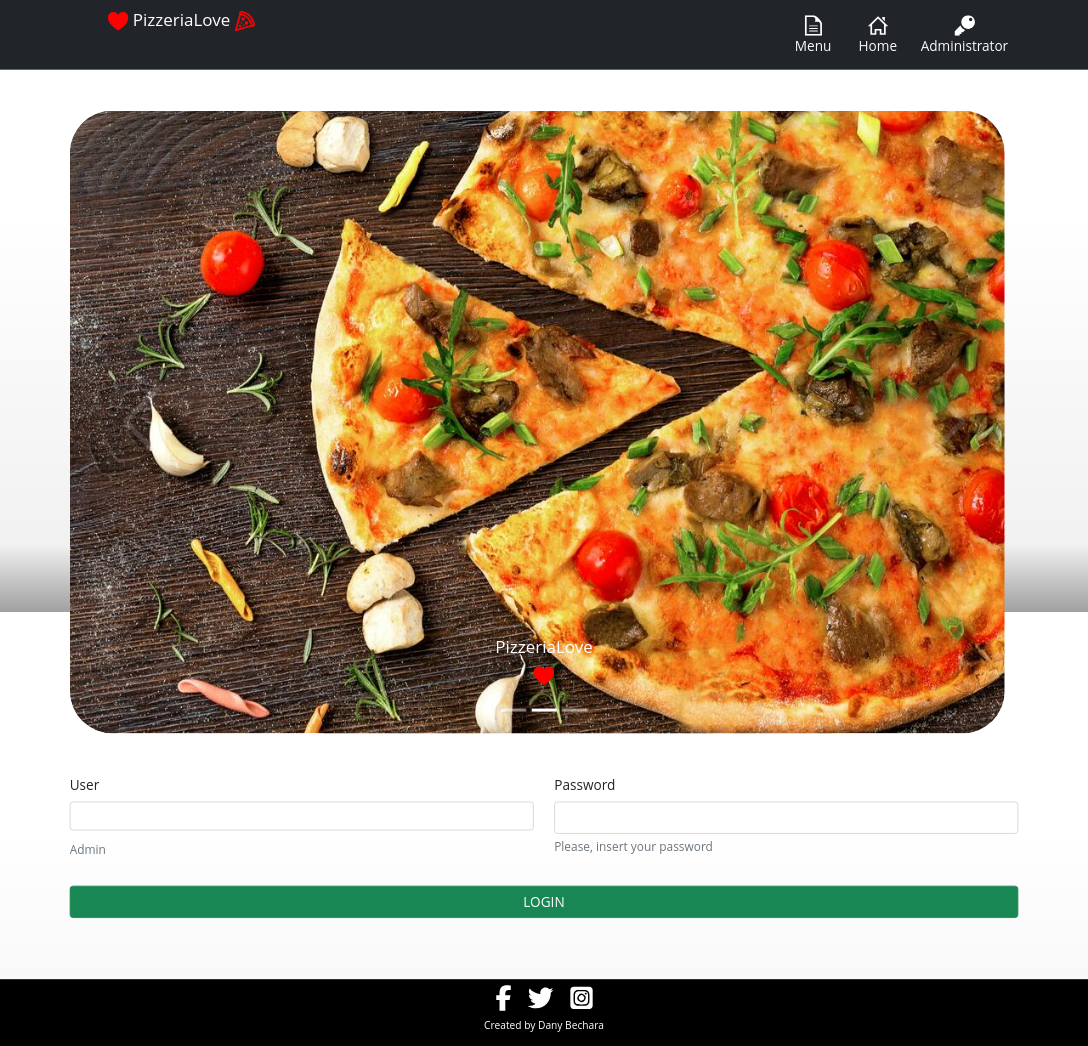
Repository: bechara611/PizzeriaLove
Page: /administrador
These files come from the project's save history. The page is drawn as it stood at one moment and after the next save; the edit follows.
The browser window is 1280 px wide. The pictures show the whole page, at 85% of full size.
The page's requests for data from a server got no answer. Backgrounds fixed to the window are drawn as part of the page. The project was rebuilt for these pictures with package versions that can differ from the ones it lists, and the page was loaded fresh each time. No one was signed in, and anything a server would have sent is missing. Also part of the build but not shown: src/App.css, src/App.js, src/Componentes/Menu.css, src/Firebase/Borrar.js, src/Componentes/Galeria.js, src/Componentes/Menu.js, src/Componentes/FormularioAgregarMenu.css, src/Elementos/Alerta.js and 1 more.

Above is the page before, as saved 2022-02-26 10:38:27.

After the next save:
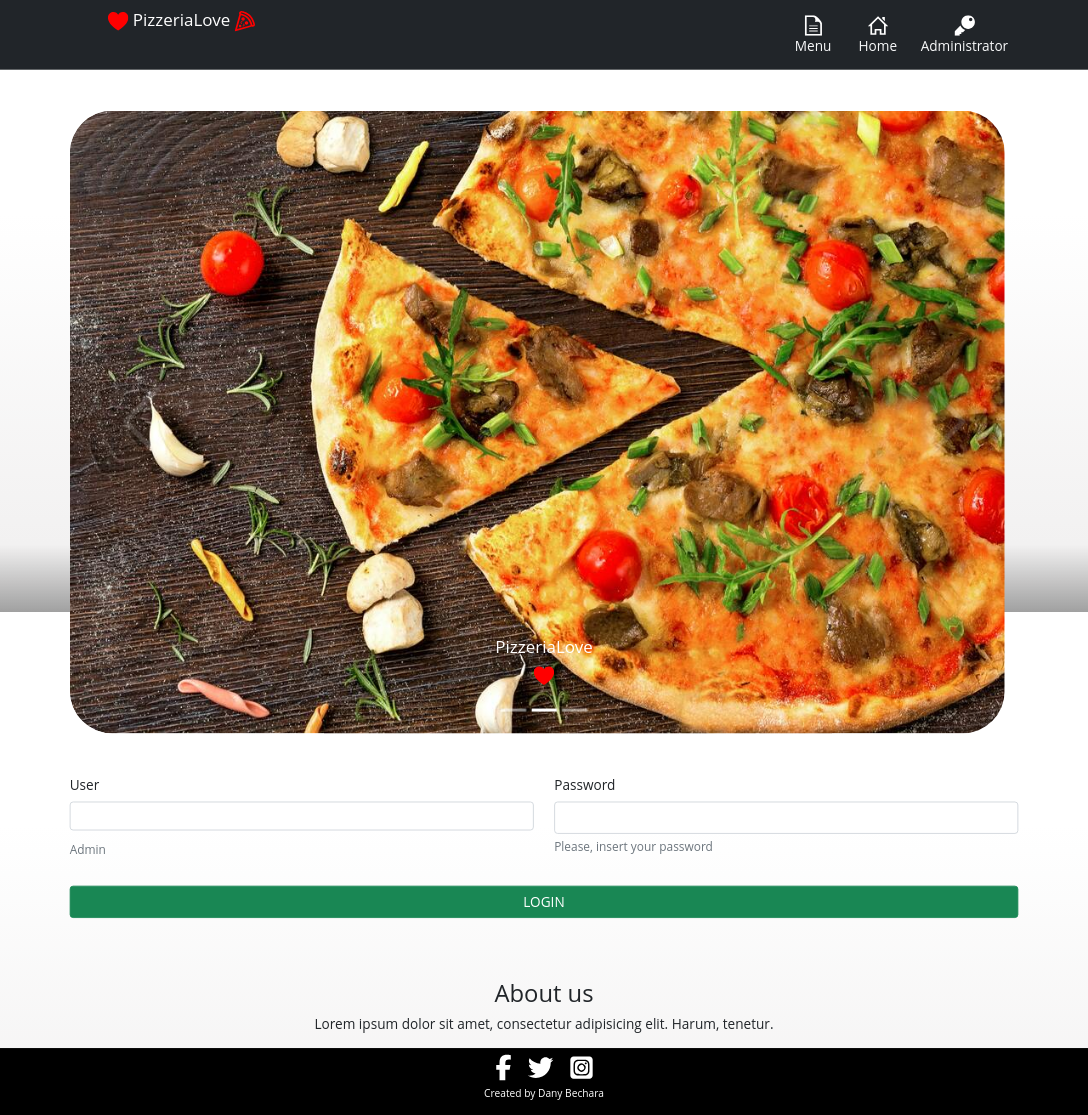
Saved 77 s later.
--- a/src/index.js
+++ b/src/index.js
@@ -13,6 +13,7 @@ import Menu from './Componentes/Menu';
 import Footer from './Componentes/Footer';
 import { FormularioAgregarMenu } from './Componentes/FormularioAgregarMenu';
 import Galeria from './Componentes/Galeria';
+import Descripcion from './Componentes/Descripcion';
 
 WebFont.load({
   google: {
@@ -35,7 +36,7 @@ const Index = () => {
     <Route path='/inicio' element={<Menu borrar={false} />} ></Route>
     </Routes>
 
-
+    <Descripcion></Descripcion>
     <Footer></Footer>
     </BrowserRouter>
     );
